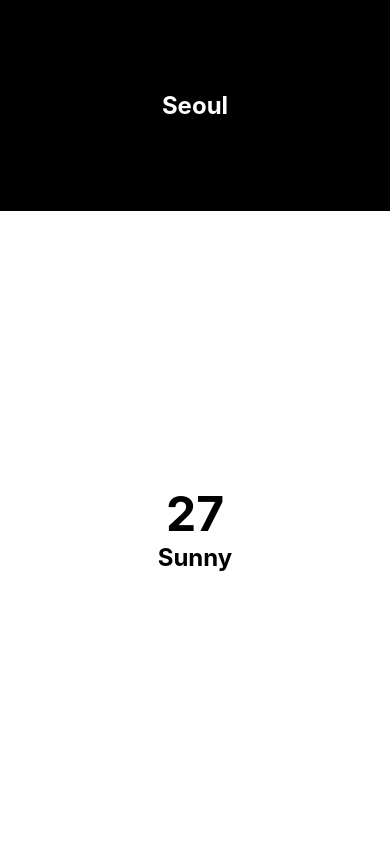
Repository: NewTurn2017/React-Native-Weather-App
Screen: /
An editor plug-in stored every save of this project. The screen is shown before and after the next save, followed by the edit.
The app was drawn by React Native's web renderer in a window 390 px wide. The project was rebuilt for these pictures with package versions that can differ from the ones it lists, and the page was loaded fresh each time.

Above is the screen before, as saved 2023-04-21 10:57:32.

After the next save:
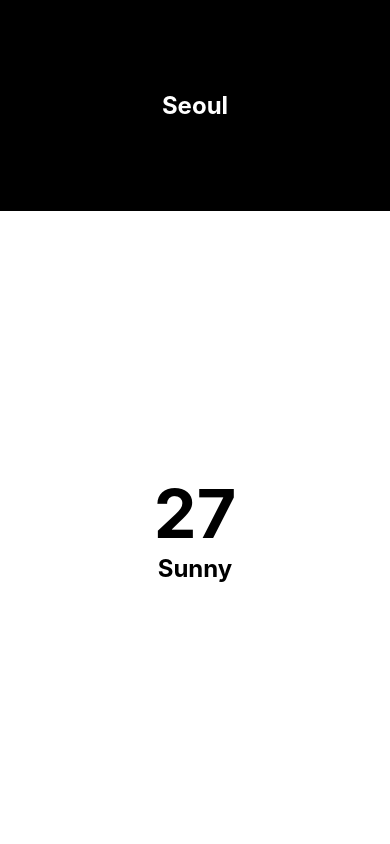
Saved 8 s later.
--- a/App.js
+++ b/App.js
@@ -46,7 +46,7 @@ const styles = StyleSheet.create({
   },
   temp: {
     color: 'black',
-    fontSize: 48,
+    fontSize: 68,
     fontWeight: 'bold',
   },
   description: {
